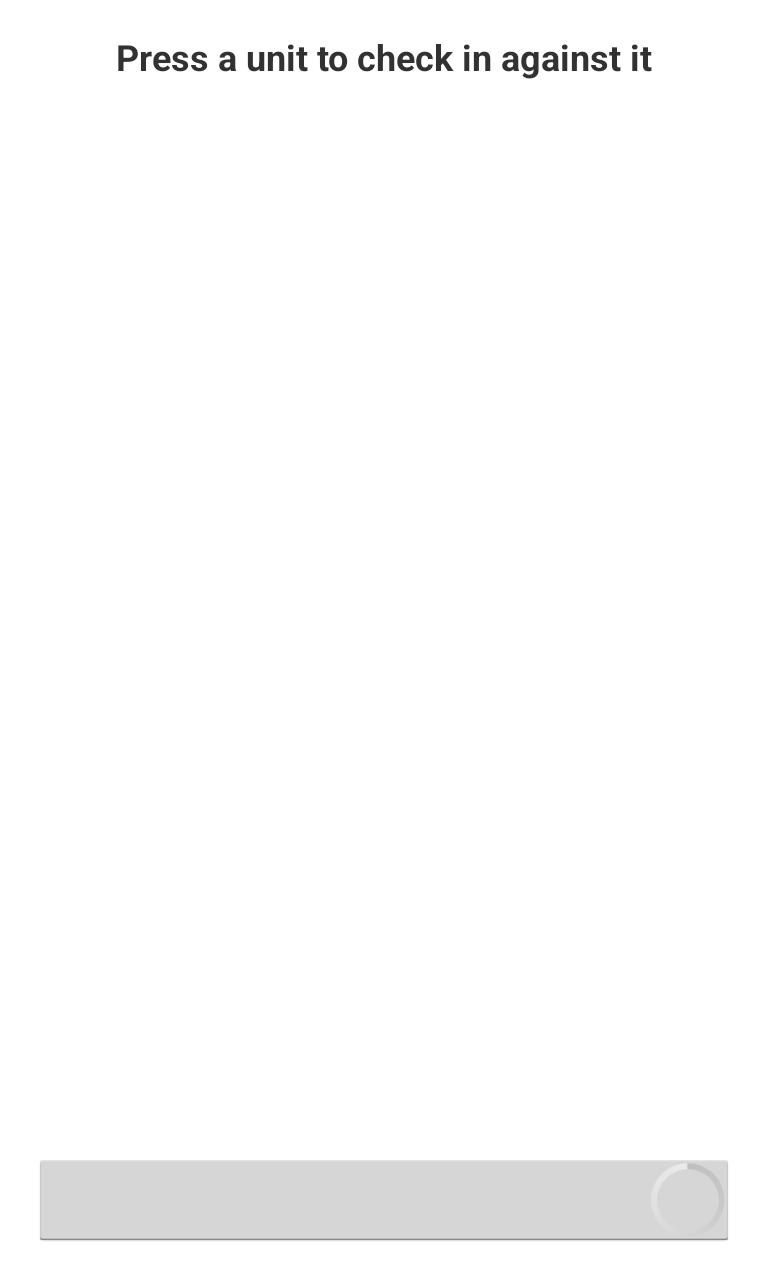
Repository: bleproj/ble-android
Layout: ble/res/layout/activity_manual_checkin.xml
An editor plug-in stored every save of this project. The layout is shown before and after the next save, followed by the edit.
It is drawn on a 768 x 1280 px phone screen (xhdpi) without system bars, with theme AppTheme; the app's code is not run. Lists and similar views that code fills are empty.

Above is the layout before, as saved 2013-11-26 16:15:03.

### ble/res/layout/activity_manual_checkin.xml
<RelativeLayout xmlns:android="http://schemas.android.com/apk/res/android"
    xmlns:tools="http://schemas.android.com/tools"
    android:layout_width="match_parent"
    android:layout_height="match_parent"
    android:paddingBottom="@dimen/activity_vertical_margin"
    android:paddingLeft="@dimen/activity_horizontal_margin"
    android:paddingRight="@dimen/activity_horizontal_margin"
    android:paddingTop="@dimen/activity_vertical_margin"
    tools:context=".ManualCheckinActivity" >

    <TextView
        android:id="@+id/textView1"
        android:layout_width="match_parent"
        android:layout_height="wrap_content"
        android:layout_alignLeft="@+id/listView1"
        android:textSize="18sp"
        android:gravity="center_horizontal"
        android:textStyle="bold"
        android:text="Press a unit to check in against it"
        android:layout_alignParentTop="true" />

    <ListView
        android:id="@+id/listView1"
        android:layout_width="match_parent"
        android:layout_height="wrap_content"
        android:layout_above="@+id/button1"
        android:layout_alignParentRight="true"
        android:layout_below="@+id/textView1" >

    </ListView>

    <Button
        android:id="@+id/button1"
        android:layout_width="wrap_content"
        android:layout_height="wrap_content"
        android:layout_alignLeft="@+id/listView1"
        android:layout_alignParentBottom="true"
        android:onClick="scanButton"
        android:layout_alignRight="@+id/listView1" />

    <ProgressBar
        android:id="@+id/progressBar1"
        android:layout_width="wrap_content"
        android:layout_height="wrap_content"
        android:layout_alignRight="@+id/button1"
        android:layout_alignTop="@+id/button1" />

</RelativeLayout>

Loaded but not shown: ble/res/values/styles.xml (common file); ble/res/values-v11/styles.xml (common file); ble/res/values-v14/styles.xml (common file); ble/res/values/dimens.xml (common file)

After the next save:
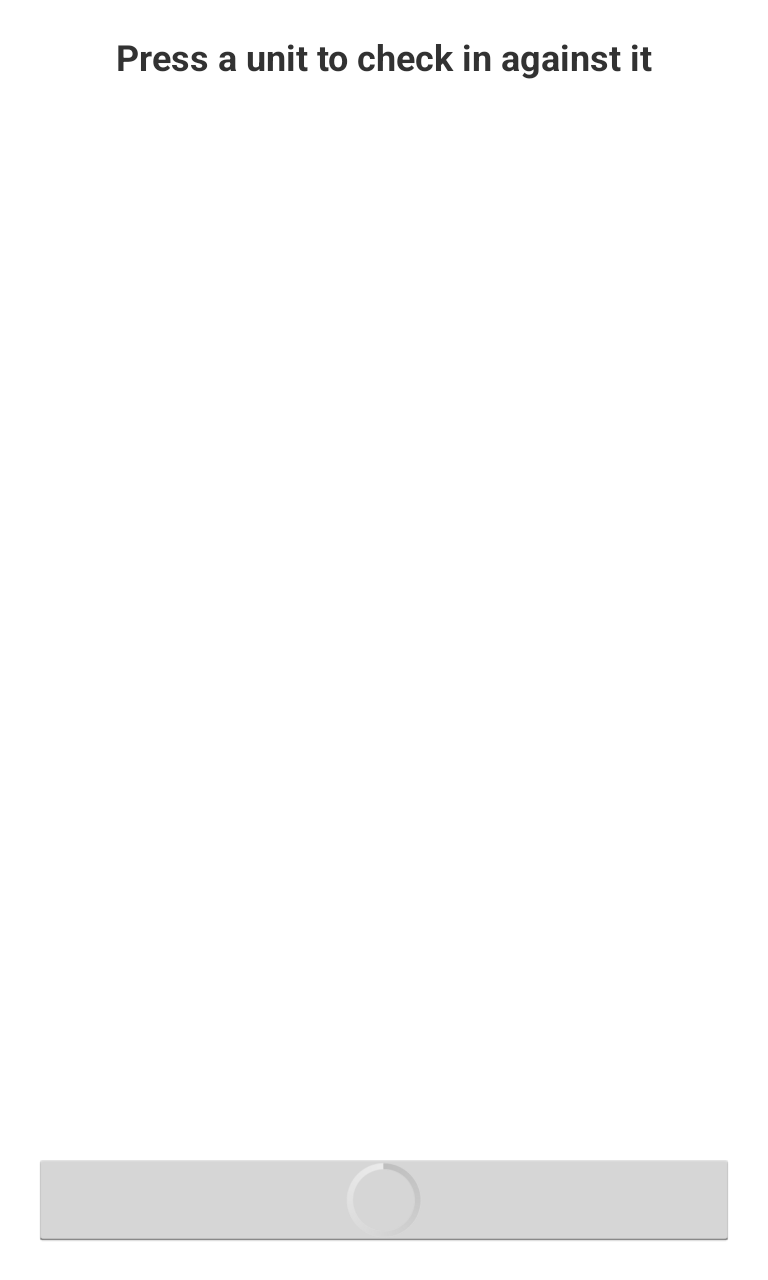
Saved 95 s later.
--- a/ble/res/layout/activity_manual_checkin.xml
+++ b/ble/res/layout/activity_manual_checkin.xml
@@ -42,7 +42,7 @@
         android:id="@+id/progressBar1"
         android:layout_width="wrap_content"
         android:layout_height="wrap_content"
-        android:layout_alignRight="@+id/button1"
-        android:layout_alignTop="@+id/button1" />
+        android:layout_below="@+id/listView1"
+        android:layout_centerHorizontal="true" />
 
 </RelativeLayout>
